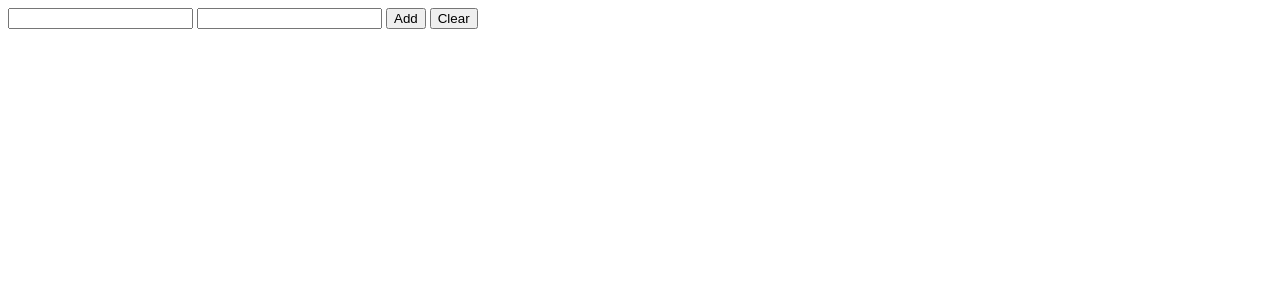
Repository: Haakim19/JavaScript
Page: index.html
The author's editor kept a copy of each file at every save. The page is drawn from the files as they stood at one save, then again after the next save.
The browser window is 1280 px wide. The pictures show the whole page.
Empty fields were first filled with sample values (such as "Sample", 5 or name@example.com).
After loading, the first visible `button[onclick="clearBox()"]` was clicked once.

Above is the page before, as saved 2024-10-13 20:21:18.

### index.html
<!DOCTYPE html>
<html lang="en">
<head>
    <meta charset="UTF-8">
    <meta name="viewport" content="width=device-width, initial-scale=1.0">
    <title>Dom Manipulation</title>
</head>
<body>
    <!-- <p id="one">hello</p>
    <h1 id = "title">Dom Manipulation</h1> -->
    <input id = "num1" >
    <input  id = "num2" >
    <button onclick="add()">Add</button>
    <button onclick="clearBox()">Clear</button>
    <p id="result">Result</p>
    <script>
        // Select the P tag with the id.
        // print content inside the p tag using innerHTML
        // paragraph = document.getElementById('one')
        // paragraph.textContent = 'Zoro'
        // console.log(paragraph.textContent);

        // Select the h1 tag with the id.
        // print content inside the h1 tag
        // heading = document.getElementById('title')
        // heading.textContent = 'Hello'
        // console.log(heading.textContent);

        //select the input tag with the id
        var box1 = document.getElementById('num1')
        var box2 = document.getElementById('num2')
        var result = document.getElementById('result')


        function add(){
            var box1Value = Number(box1.value)
            var box2Value = Number(box2.value)
            result.textContent = box1Value + box2Value
        }
        function clearBox(){
            // box1Value = box1.clear()
            // box2Value = box2.clear()
            // result.textContent = 'Result'
            box1.value = ''
            box2.value = ''
            result.innerText = ''
            console.log("Called clear")
        }

    </script>
</body>
</html>

After the next save:
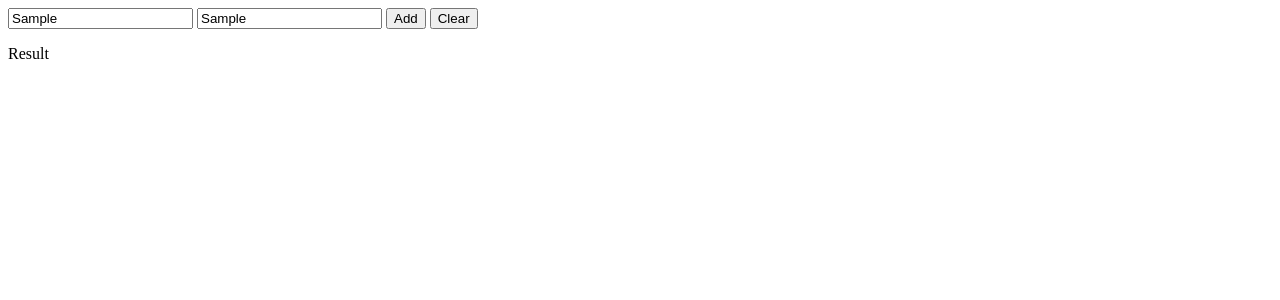
Console error: SyntaxError: Invalid or unexpected token
Saved 16 s later.
--- a/index.html
+++ b/index.html
@@ -43,8 +43,7 @@
             // result.textContent = 'Result'
             box1.value = ''
             box2.value = ''
-            result.innerText = ''
-            console.log("Called clear")
+            result.innerText = '""
         }
 
     </script>

After the save that followed:
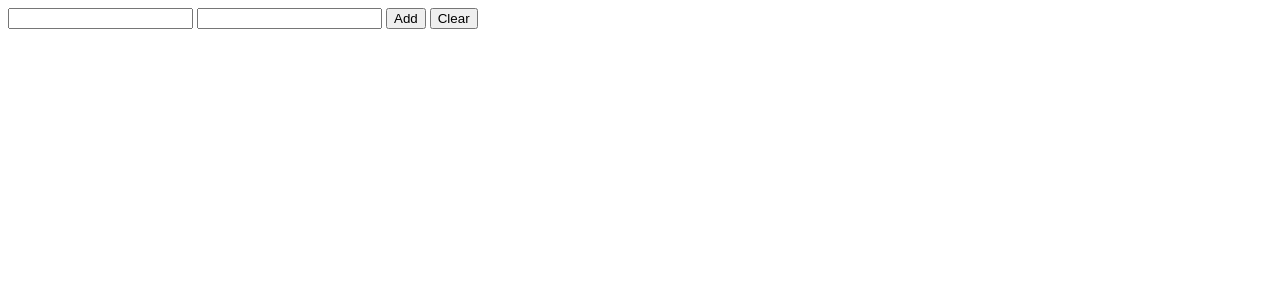
The error is gone.
Saved 5 s later.
--- a/index.html
+++ b/index.html
@@ -43,7 +43,7 @@
             // result.textContent = 'Result'
             box1.value = ''
             box2.value = ''
-            result.innerText = '""
+            result.innerText = ''
         }
 
     </script>
